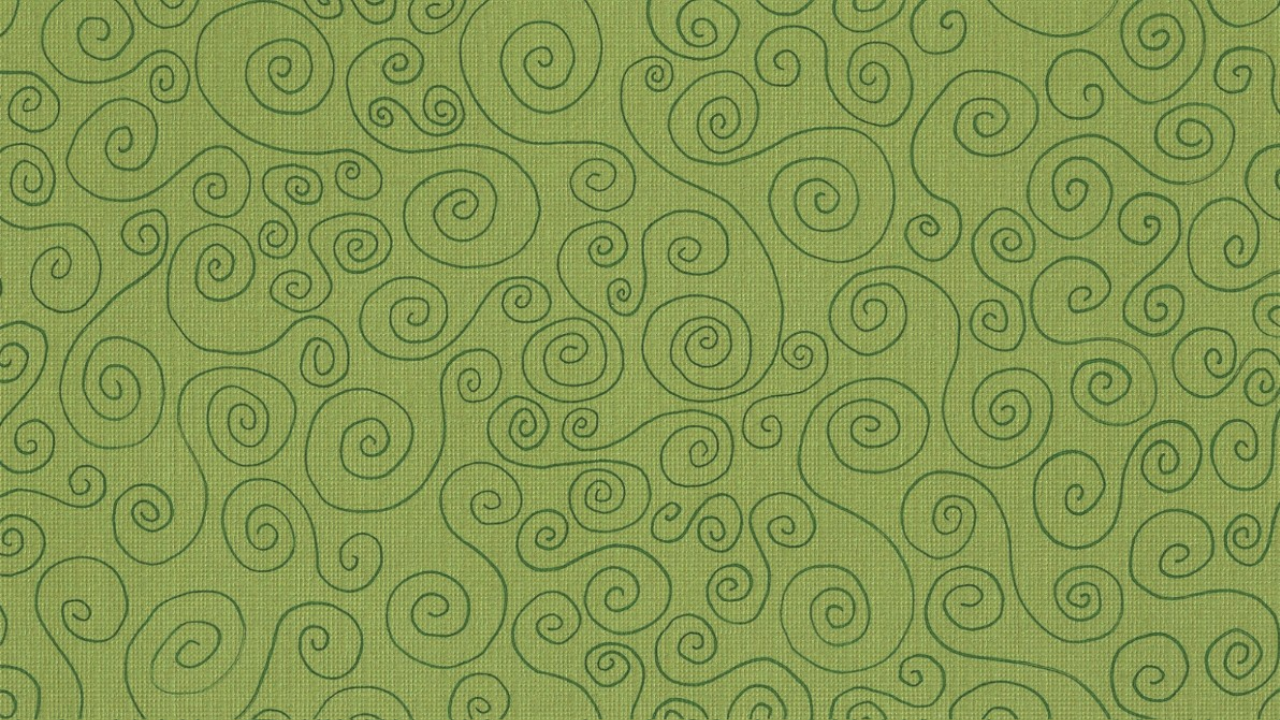
Repository: carrascokarencb37-afk/Nuura
Page: html/guiaPlant/planta1.html
These files come from the project's save history. The page is drawn as it stood at one moment and after the next save; the edit follows.
The browser window is 1280 px wide. The pictures show the whole page.

Above is the page before, as saved 2026-05-22 22:40:02.

### html/guiaPlant/planta1.html
<!DOCTYPE html>
<html lang="en">
<head>
    <meta charset="UTF-8">
    <meta name="viewport" content="width=device-width, initial-scale=1.0">
    <title>Nuura - Corona de Cristo</title>
    <link rel="stylesheet" href="../css/guiasPlant.css">
</head>
<body>

</body>
</html>

### css/guiasPlant.css
/*Importar fuente chewy*/
@font-face {
    font-family: 'chewy';
    src: url(../fonts/Chewy-Regular.ttf) format('truetype');
    font-weight: normal;
    font-style: normal;
}
body {
    background-image: url(../img/fondo_medio.jpg);
    background-size: cover;
    margin: 0;
    justify-content: center;
    text-align: center;
    padding: 2rem;
}

After the next save:
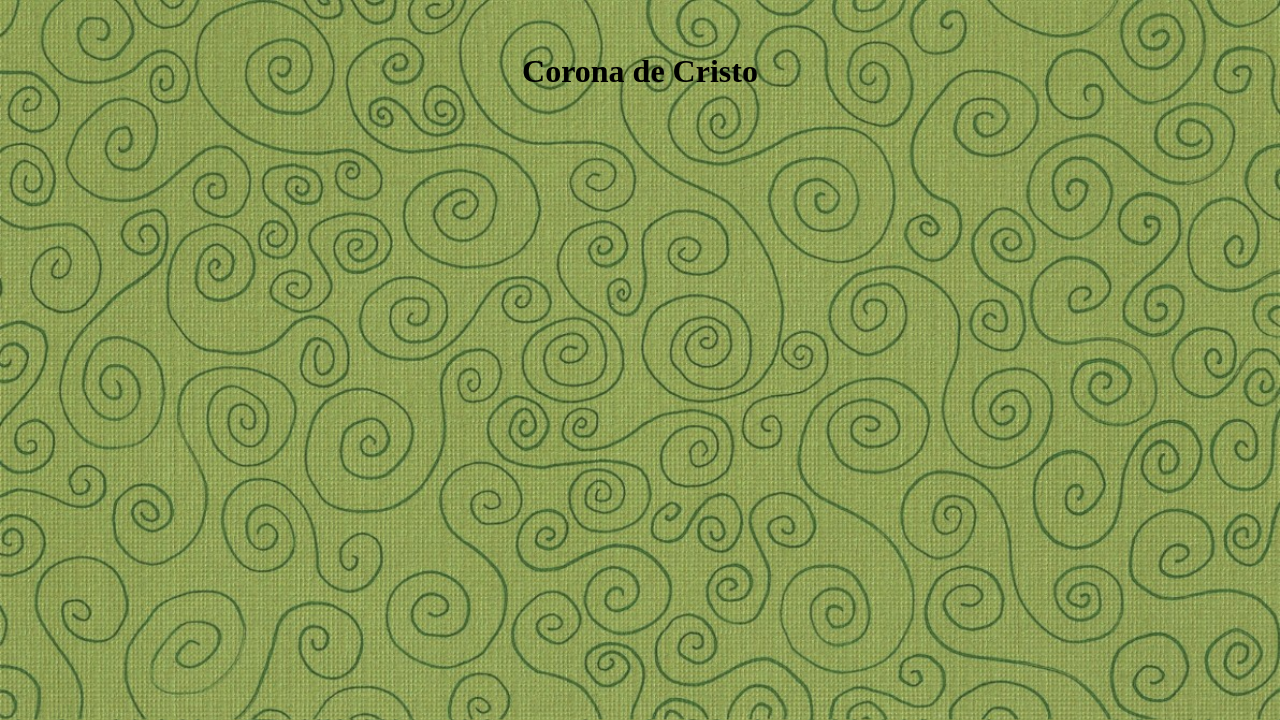
Saved 25 s later.
--- a/html/guiaPlant/planta1.html
+++ b/html/guiaPlant/planta1.html
@@ -7,6 +7,6 @@
     <link rel="stylesheet" href="../css/guiasPlant.css">
 </head>
 <body>
-
+    <h1>Corona de Cristo</h1>
 </body>
 </html>
